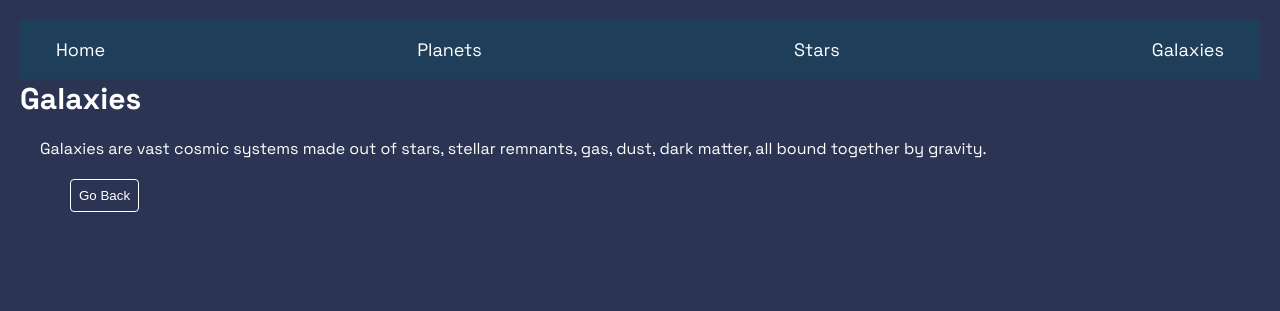
Repository: rmdayberry/Cosmic-Encyclopedia
Page: /galaxies
The author's editor kept a copy of each file at every save. The page is drawn from the files as they stood at one save, then again after the next save.
The browser window is 1280 px wide. The pictures show the whole page.
The project was rebuilt for these pictures with package versions that can differ from the ones it lists, and the page was loaded fresh each time. Also part of the build but not shown: vite.config.js, src/pages/Homepage.js.

Above is the page before, as saved 2024-08-31 16:12:27.

After the next save:
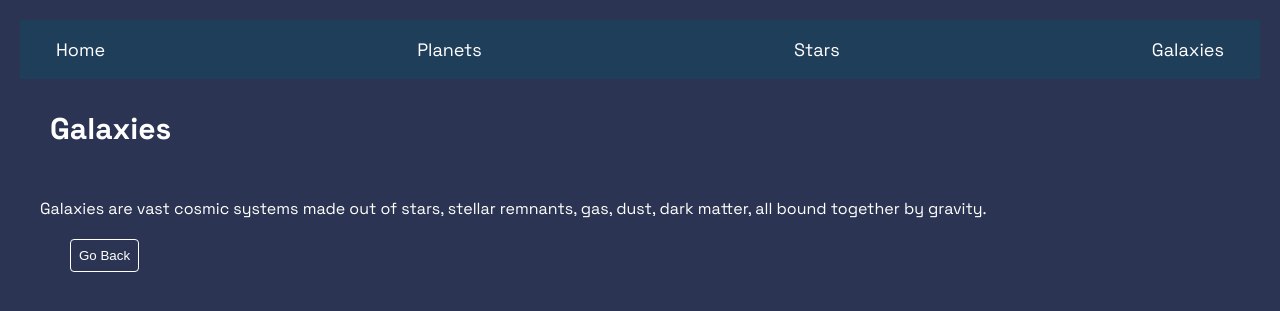
Saved 10 s later.
--- a/src/index.css
+++ b/src/index.css
@@ -61,4 +61,5 @@ button {
 
 .content-title {
   font-size: 30px;
+  padding: 30px;
 }
